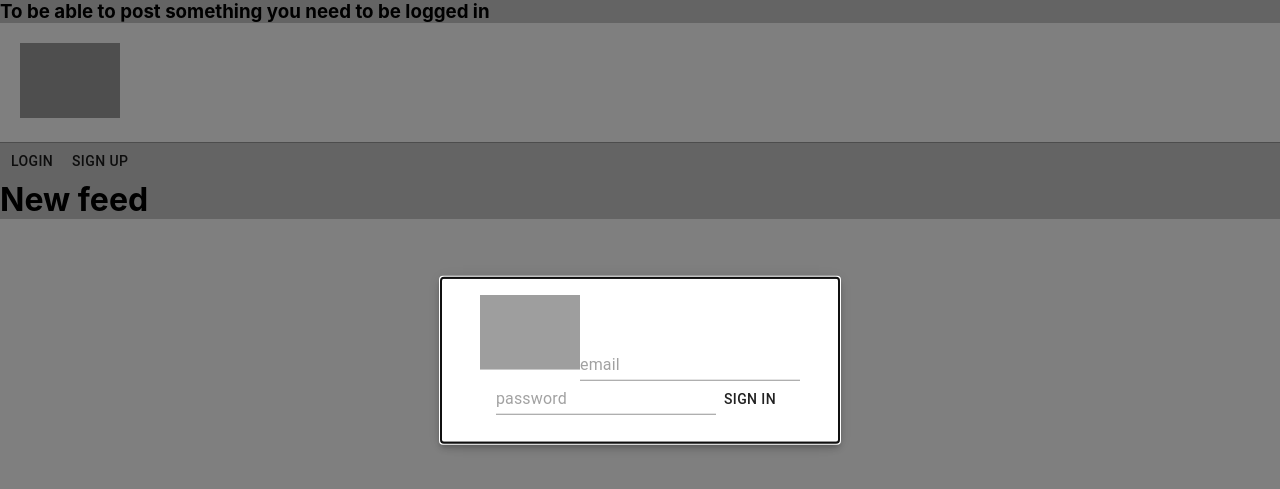
Repository: SerbanLuca/Instagram-clone
Page: /, after clicking the first element matching `button.MuiButtonBase-root`
The author's editor kept a copy of each file at every save. The page is drawn from the files as they stood at one save, then again after a run of saves.
The browser window is 1280 px wide. The pictures show the whole page.
Pictures or frames that could not be fetched are drawn as grey boxes. The page's requests for data from a server got no answer. The project was rebuilt for these pictures with package versions that can differ from the ones it lists, and the page was loaded fresh each time. No one was signed in, and anything a server would have sent is missing. Also part of the build but not shown: src/components/Post.css, src/components/Post.js, src/components/ImageUpload.js.

Above is the page before, as saved 2021-05-24 21:57:28.

### src/App.js
import './App.css';
import Post from './components/Post'
import React, {useState, useEffect} from 'react'
import {auth, db} from './firebase'
import { makeStyles } from '@material-ui/core/styles';
import Modal from '@material-ui/core/Modal';
import { Button, Input } from '@material-ui/core';
import ImageUpload from './components/ImageUpload';

function getModalStyle() {
  const top = 50;
  const left = 50;

  return {
    top: `${top}%`,
    left: `${left}%`,
    transform: `translate(-${top}%, -${left}%)`,
  };
}

const useStyles = makeStyles((theme) => ({
  paper: {
    position: 'absolute',
    width: 400,
    backgroundColor: theme.palette.background.paper,
    border: '2px solid #000',
    boxShadow: theme.shadows[5],
    padding: theme.spacing(2, 4, 3),
  },
}));


function App() {
  const classes = useStyles();
  const [posts, setPosts] = useState([])
  const [open, setOpen] = useState(false)
  const [modalStyle] = useState(getModalStyle);
  const [username, setUsername] = useState('');
  const [email, setEmail] = useState('')
  const [password, setPassword] = useState('')
  const [user, setUser] = useState(null)
  const [openSignIn, setOpenSignIn] = useState(false)

  useEffect(() => {
    const unsubscribe = auth.onAuthStateChanged((authUser) => {
      if(authUser){
        //user has logged in
        console.log(authUser)
        setUser(authUser)
      }
      else{
        //the user has logged out
        setUser(null)
      }
    })
    return () => {
      unsubscribe()
    }
  },[user, username])

  useEffect(() => {
    db.collection('posts').orderBy('timestamp','desc').onSnapshot(snapshot => {
      setPosts(snapshot.docs.map(doc => ({
        id: doc.id,
        post: doc.data()})))
    })
  },[])

  const signUp = (event) => {
    event.preventDefault();
    auth.createUserWithEmailAndPassword(email, password)
    .then((authUser) => {
      return authUser.user.updateProfile({
        displayName: username
      })
    })
    .catch((error) => alert(error.message))
    setOpen(false)
  }

  const signIn = (event) => {
    event.preventDefault();
    auth.signInWithEmailAndPassword(email, password)
    .catch((error) => alert(error.message))
    setOpenSignIn(false)
  }


  return (
    <div className="app">

      {user?.displayName ? (
          <ImageUpload username={user.displayName}/>
      ):(
        <h3>To be able to post something you need to be logged in</h3>
      ) }
      <Modal
        open={open}
        onClose={() => setOpen(false)}
      >
        <div style={modalStyle} className={classes.paper}>
          <form className='app__signup'>
            <center>
              <img src='https://cdn.shopify.com/s/files/1/0249/5892/6941/products/stickerirononInstagram-Logo_3840x.png?v=1615134485' alt='' className='app__headerImage'/>
              <Input placeholder='username' type='text' value={username} onChange={(e) => setUsername(e.target.value)} />
              <Input placeholder='email' type='text' value={email} onChange={(e) => setEmail(e.target.value)} />
              <Input placeholder='password' type='password' value={password} onChange={(e) => setPassword(e.target.value)} />
              <Button onClick={signUp}>Sign Up</Button>
            </center>
          </form>
        </div>
      </Modal>
      <Modal
        open={openSignIn}
        onClose={() => setOpenSignIn(false)}
        className='app__modal'
      >
        <div style={modalStyle} className={classes.paper}>
          <form className='app__signup'>
            <center>
              <img src='https://cdn.shopify.com/s/files/1/0249/5892/6941/products/stickerirononInstagram-Logo_3840x.png?v=1615134485' alt='' className='app__headerImage'/>
              <Input placeholder='email' type='text' value={email} onChange={(e) => setEmail(e.target.value)} />
              <Input placeholder='password' type='password' value={password} onChange={(e) => setPassword(e.target.value)} />
              <Button onClick={signIn}>Sign In</Button>
            </center>
          </form>
        </div>
      </Modal>

      <div className='app__header'>
          <img className='app__headerImage' src='https://cdn.shopify.com/s/files/1/0249/5892/6941/products/stickerirononInstagram-Logo_3840x.png?v=1615134485' alt=''/>
      </div>

      {user ? (
          <Button type='submit'onClick={() => auth.signOut()}>Logout</Button>
      ): (
          <div className='app__loginContainer'>
              <Button type='submit'onClick={() => setOpenSignIn(true)}>Login</Button>
              <Button type='submit'onClick={() => setOpen(true)}>Sign Up</Button>
          </div>
      )}
      <h1>New feed</h1>
      {
        posts.map(({id, post}) => (
          <Post key={id} postId={id} user={user} username={post.username} caption={post.caption} imageURL={post.imageURL}/>
        ))
      }
    </div>
  );
}

export default App;

### src/App.css
*{
  margin: 0;
  padding: 0;
  box-sizing: border-box;
}

.app
{
  background-color: rgb(201, 201, 201);
}

.app__header
{
  object-fit: contain;
  background-color: white;
  padding: 20px;
  border-bottom: 1px solid rgb(156, 156, 156);
}

.app__headerImage
{
  width: 100px;
}

.app__signup
{
  display: flex;
  flex-direction: column;
}

.app__modal
{
  object-fit: contain;
}

### src/firebase.js
import firebase from 'firebase'

const firebaseApp = firebase.initializeApp({
    apiKey: "AIzaSyBBV2L8xdR2OBDhyUxoTk0fx6Mlwqrt58o",
    authDomain: "instagram-d-55073.firebaseapp.com",
    projectId: "instagram-d-55073",
    storageBucket: "instagram-d-55073.appspot.com",
    messagingSenderId: "330192141086",
    appId: "1:330192141086:web:c664c103389e5e3316270f"
});

const db = firebaseApp.firestore()
const auth = firebase.auth()
const storage = firebase.storage()

export {db, auth, storage}

Loaded but not shown: public/index.html (common file); src/index.js (common file); src/index.css (common file); src/components/ImageUpload.css (no stored copy; drawn as an empty file)

After the next 2 saves:
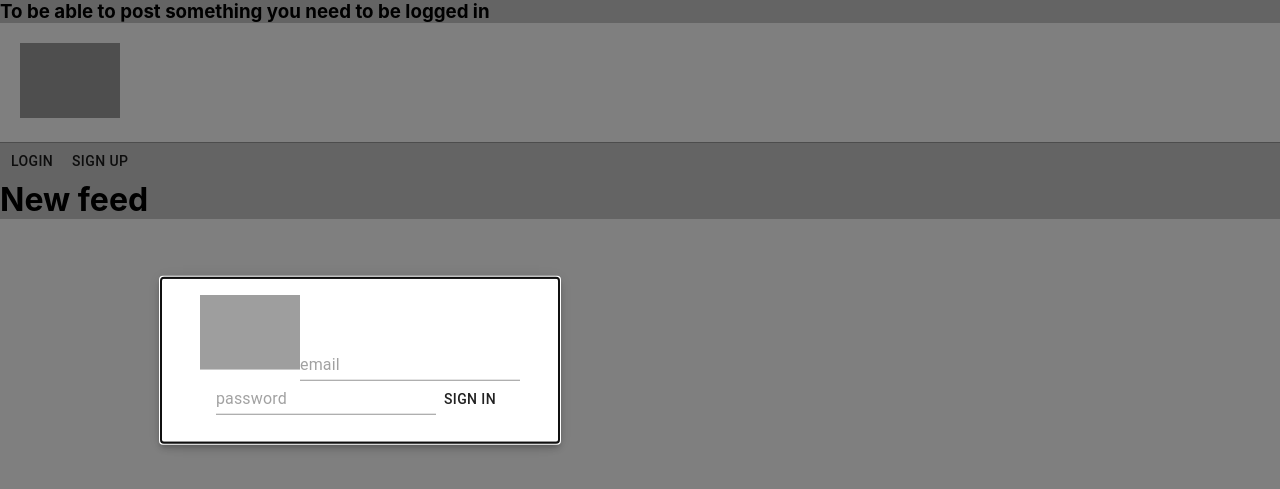
The 2 saves are shown as one change because they came seconds apart.
The last was saved 14 s later.
--- a/src/App.css
+++ b/src/App.css
@@ -31,4 +31,5 @@
 .app__modal
 {
   object-fit: contain;
+  width: 100vh;
 }

After the save that followed:
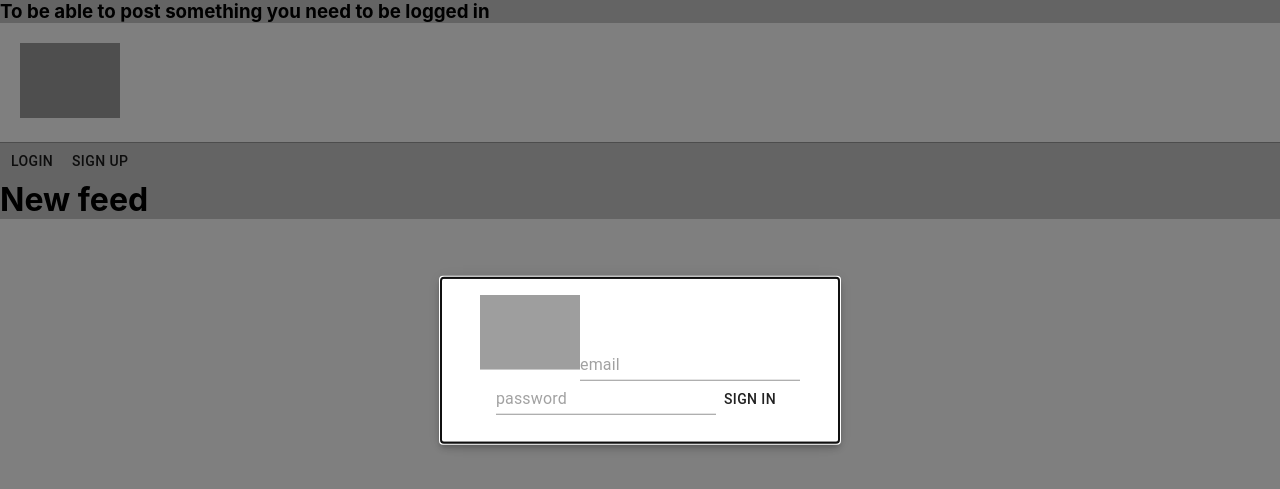
Saved 5 s later.
--- a/src/App.css
+++ b/src/App.css
@@ -31,5 +31,4 @@
 .app__modal
 {
   object-fit: contain;
-  width: 100vh;
 }
